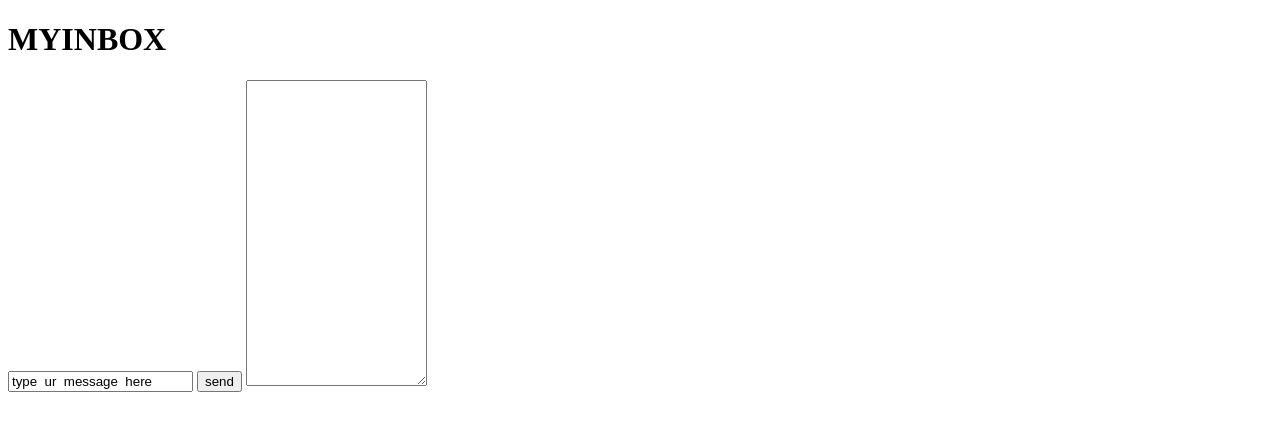
Repository: heenasalim/Java_Script
Page: Simplehtmldemo/WebContent/Messages.html
These files come from the project's save history. The page is drawn as it stood at one moment and after the next save; the edit follows.
The browser window is 1280 px wide. The pictures show the whole page.

Above is the page before, as saved 2015-10-12 14:09:03.

### Simplehtmldemo/WebContent/Messages.html
<!DOCTYPE html PUBLIC "-//W3C//DTD HTML 4.01 Transitional//EN" "http://www.w3.org/TR/html4/loose.dtd">
<html>
<head>
<meta http-equiv="Content-Type" content="text/html; charset=ISO-8859-1">
<title>Insert title here</title>
</head>
<body>
<form  action=MessageServlet>
<h1>MYINBOX</h1>
<input  type="text"  name="tess"  id="t" value="type  ur  message  here"/>
<input  type="submit"    value="send">
<textarea rows="20" cols="20" ></textarea>
</form>
</body>
</html>

After the next save:
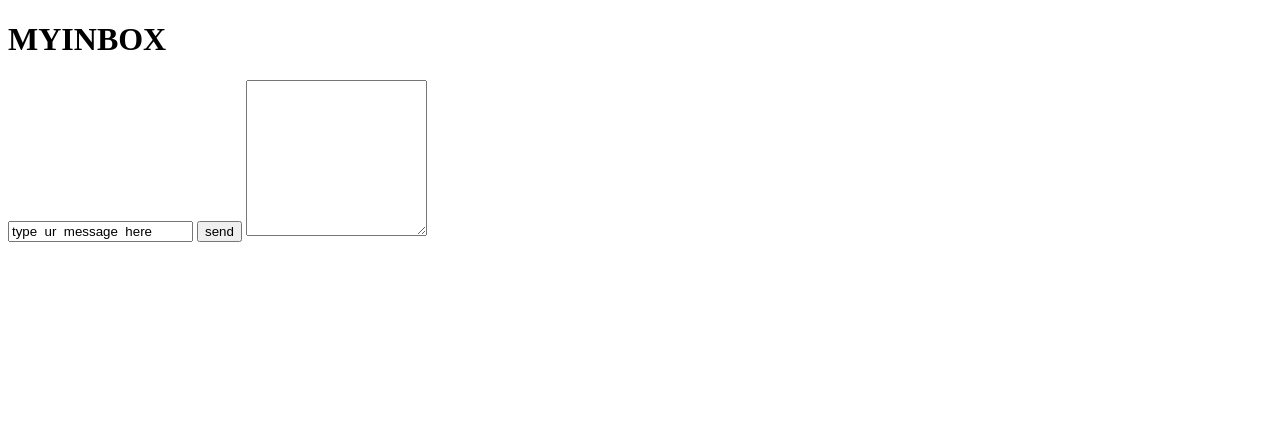
Saved 65 s later.
--- a/Simplehtmldemo/WebContent/Messages.html
+++ b/Simplehtmldemo/WebContent/Messages.html
@@ -9,7 +9,7 @@
 <h1>MYINBOX</h1>
 <input  type="text"  name="tess"  id="t" value="type  ur  message  here"/>
 <input  type="submit"    value="send">
-<textarea rows="20" cols="20" ></textarea>
+<textarea rows="10" cols="20" ></textarea>
 </form>
 </body>
 </html>
